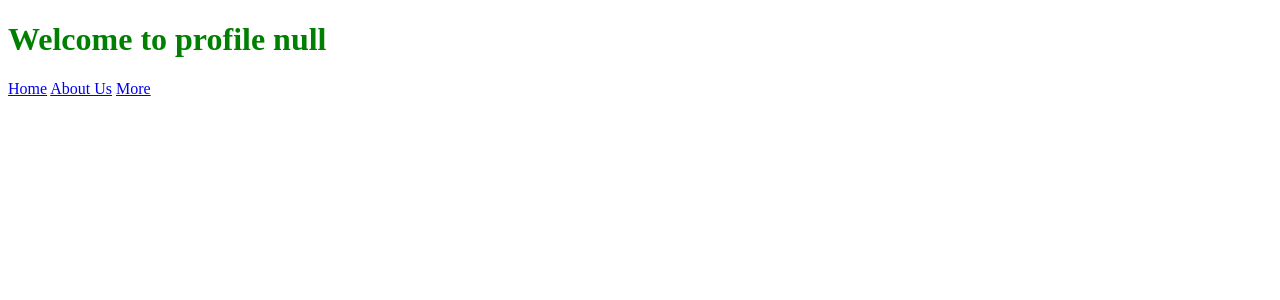
Repository: Senyadt2/Projects-On-Java
Page: http://localhost/HttpSession/profile.jsp
The author's editor kept a copy of each file at every save. The page is drawn from the files as they stood at one save, then again after a run of saves.
The browser window is 1280 px wide. The pictures show the whole page.
The page is served by Tomcat 10.

Above is the page before, as saved 2024-03-24 10:10:45.

After the next 2 saves:
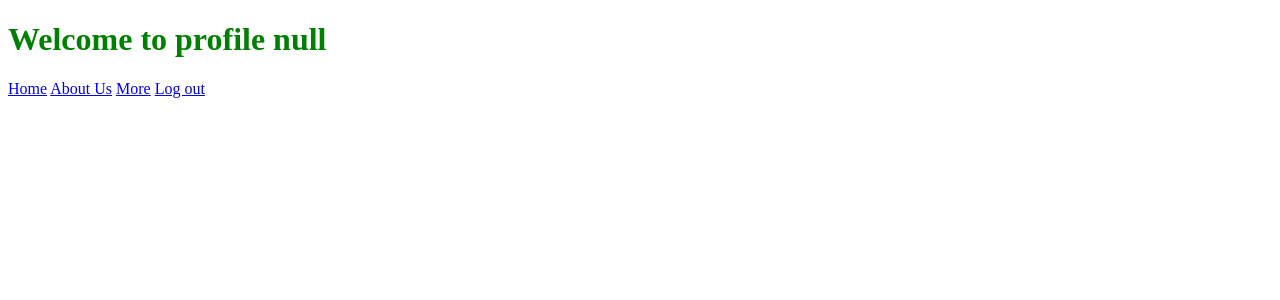
The 2 saves are shown as one change because they came seconds apart.
The last was saved 6 s later.
--- a/HttpSession/src/main/webapp/profile.jsp
+++ b/HttpSession/src/main/webapp/profile.jsp
@@ -1,5 +1,5 @@
 <%@ page language="java" contentType="text/html; charset=ISO-8859-1"
-    pageEncoding="ISO-8859-1"%>
+	pageEncoding="ISO-8859-1"%>
 <!DOCTYPE html>
 <html>
 <head>
@@ -10,12 +10,16 @@
 	<%
 	String name = (String) session.getAttribute("name");
 	%>
-	<h1 style="color:green">Welcome to profile <%= name %> </h1>
+	<h1 style="color: green">
+		Welcome to profile
+		<%=name%>
+	</h1>
 
 
 	<a href="home.jsp">Home</a>
 	<a href="about.jsp">About Us</a>
 	<a href="profile.jsp">More</a>
+	<a href="Logout">Log out</a>
 
 </body>
 </html>
